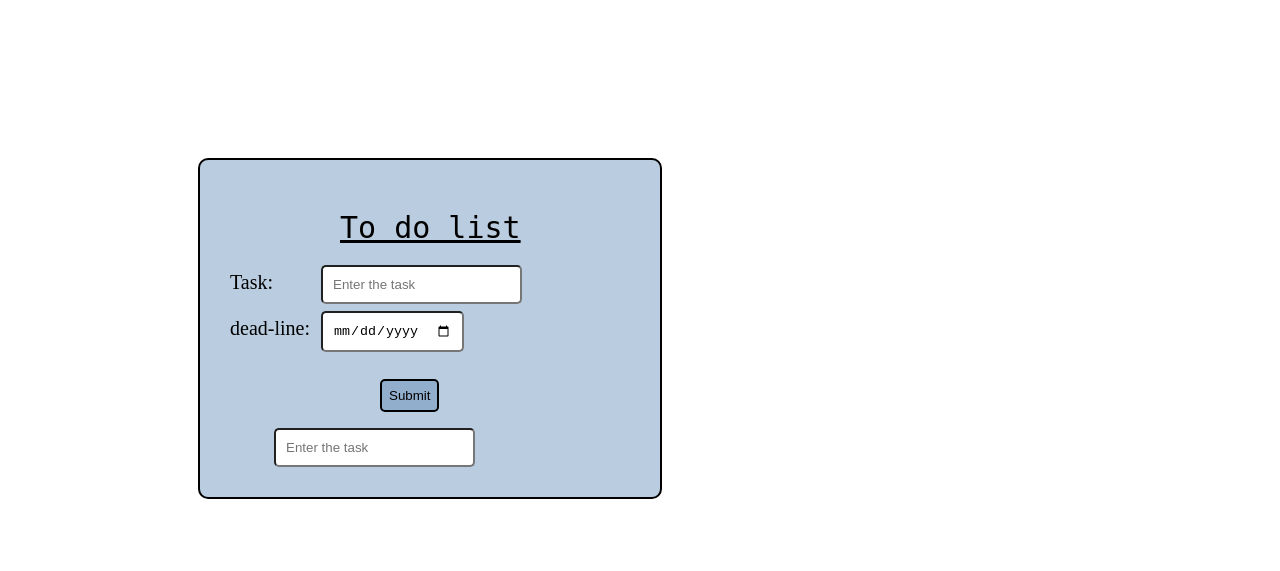
Repository: Akhil-donthula-8977/to_to_spring_boot
Page: http://localhost/To_do/pages/home.jsp
An editor plug-in stored every save of this project. The page is shown before and after the next save, followed by the edit.
The browser window is 1280 px wide. The pictures show the whole page.
The page is served by Tomcat 10.

Above is the page before, as saved 2023-03-05 08:01:50.
Not found: To_do/To_do/pages/script.js

After the next save:
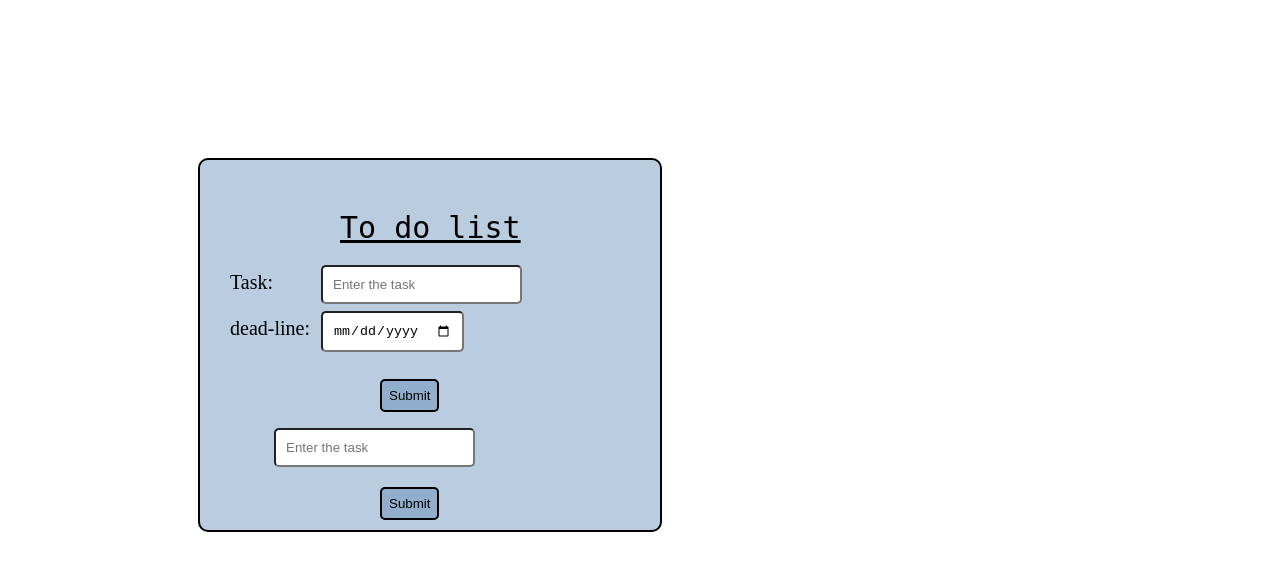
Saved 30 s later.
--- a/To_do/src/main/webapp/pages/home.jsp
+++ b/To_do/src/main/webapp/pages/home.jsp
@@ -86,6 +86,7 @@
         <br></br>
         <form action="/addtask">
             <input type="text" class="input" name="taskname" id="task" placeholder="Enter the task">
+           <div>  <input type="submit" id="submit"></div>
           </form>
 
         </div>
